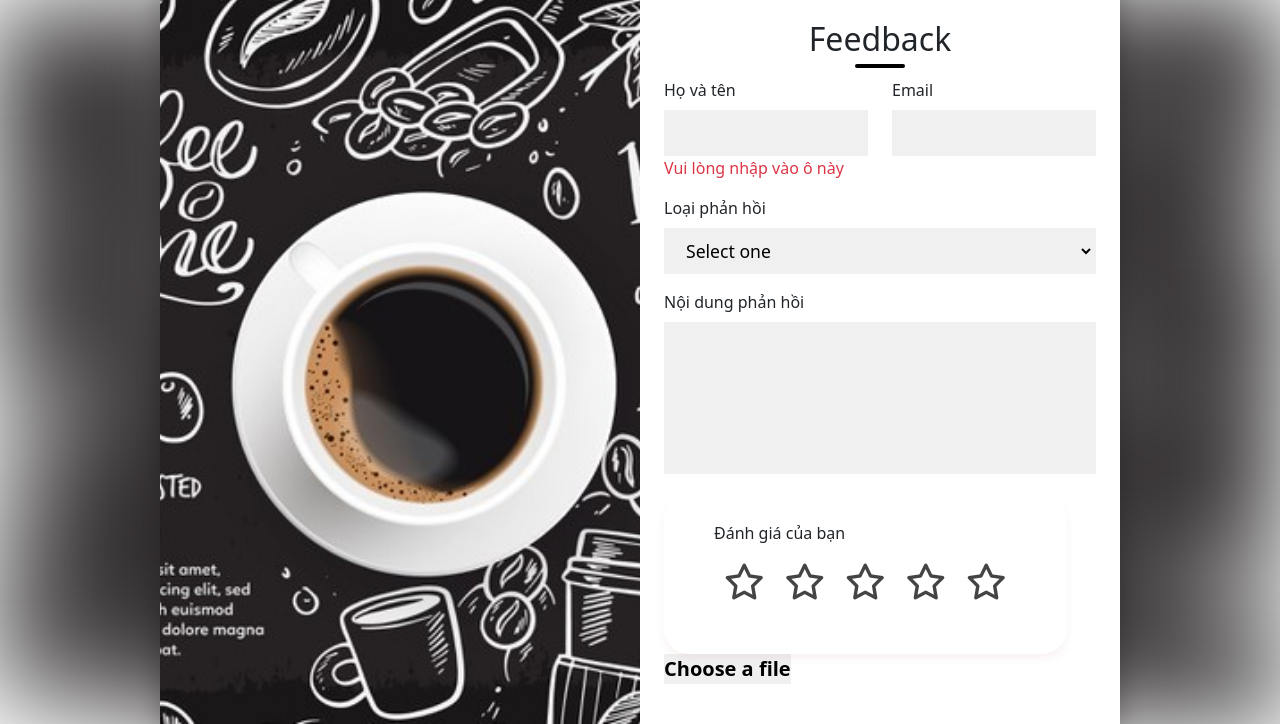
Repository: LeDongGyC/html-css
Page: HTML CSS/prototype/index.html
An editor plug-in stored every save of this project. The page is shown before and after the next save, followed by the edit.
The browser window is 1280 px wide. The pictures show the whole page.
Some web libraries are served in a nearby version. The style sheet was rebuilt from its Sass, Less or Tailwind sources for each picture, by a compiler version that may differ from the author's.

Above is the page before, as saved 2023-05-24 12:14:23.

After the next save:
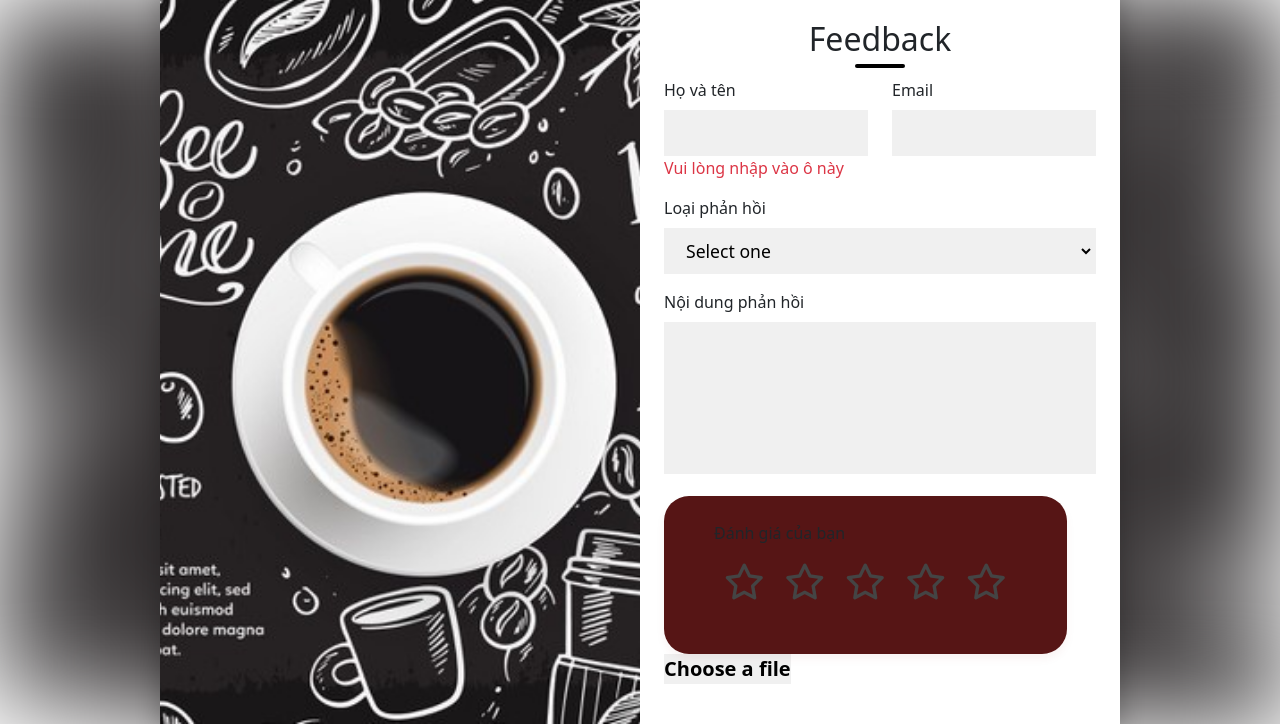
Saved 6 s later.
--- a/HTML CSS/prototype/style.scss
+++ b/HTML CSS/prototype/style.scss
@@ -120,7 +120,7 @@ div.stars {
   // width: 270px;
   display: inline-block;
   position: relative;
-  background: #fff;
+  background: #561515;
   padding: 25px 50px 35px;
   border-radius: 25px;
   box-shadow: 0 5px 10px rgba(145, 25, 25, 0.05);
